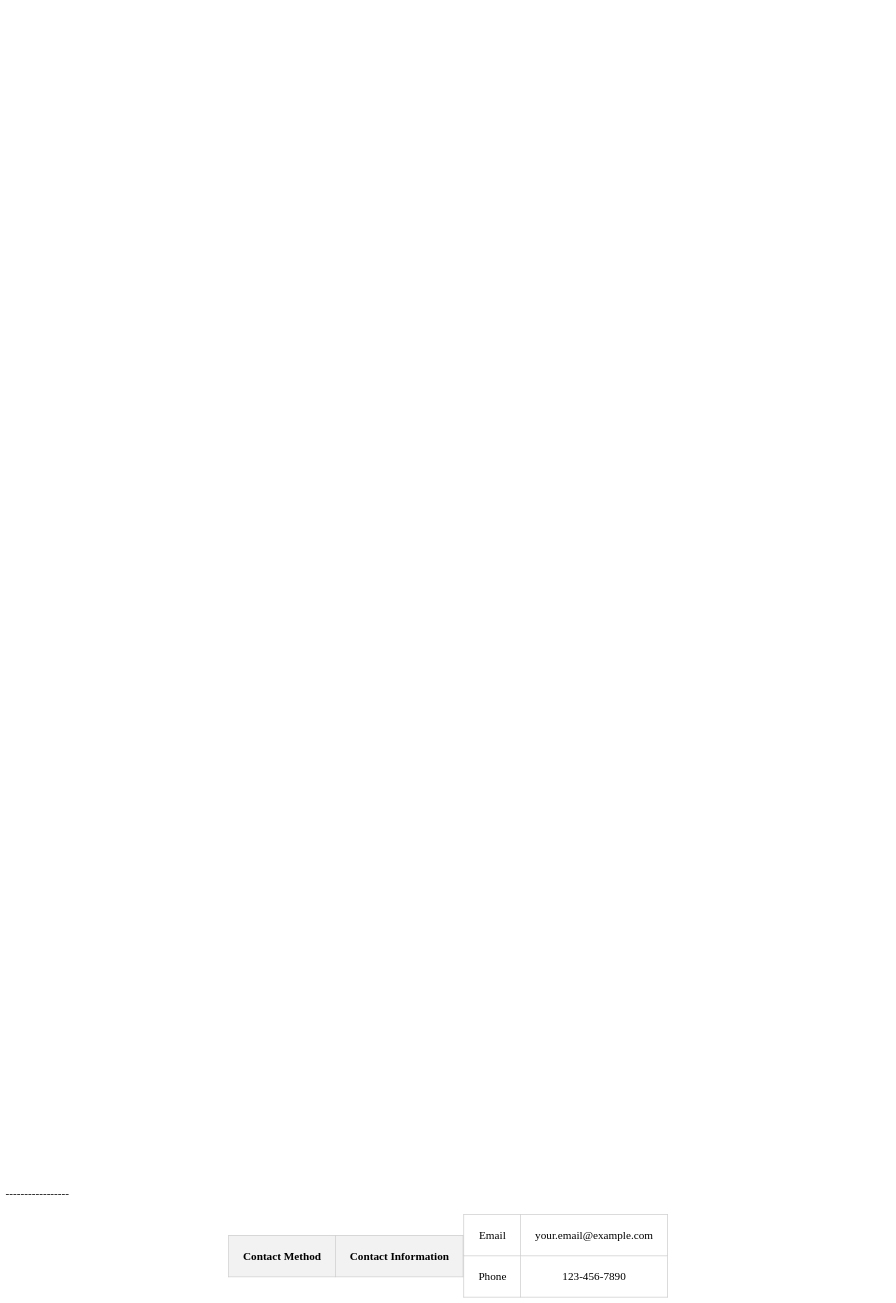
Repository: tianjiewang2022/tianjiewang2022.github.io
Page: index.html
An editor plug-in stored every save of this project. The page is shown before and after the next save, followed by the edit.
The browser window is 1280 px wide. The pictures show the part of the page from y = 832 to 2752 px (the page is 2693 px tall before and 2752 px after), at 70% of full size.

Above is the page before, as saved 2023-10-02 00:21:26.

### index.html
<!DOCTYPE html>
<html lang="en">

    <head>
        <meta charset="UTF-8">
        <meta name="viewport" content="width=device-width, initial-scale=1.0">
        <title>Sally's Webpage</title>
        <style>
            body {
                padding-top: 100px;
            }

            header {
                background-color: #3498db;
                /* Choose your header color */
                color: white;
                position: fixed;
                top: 0;
                height: 15%;
                left: 5%;
                right: 5%;
                display: flex;
                align-items: center;
                justify-content: center;
                z-index: 100;
                font-size: 40px;
            }

            .container {
                padding: 10px;
                display: flex;
                flex-wrap: wrap;
                justify-content: space-between;
                padding-left: 10%;
                padding-right: 10%;
            }

            .box {
                width: calc(33.33% - 20px);
                height: 100px;
                background-color: #ccc;
                /* Default background color */
                /* Add margin between boxes */
                background-color: #ccc;
                /* Default background color */
                text-align: center;
                display: flex;
                align-items: center;
                justify-content: center;
            }

            .blue {
                background-color: rgb(0, 255, 213);
            }

            .green {
                background-color: rgb(106, 255, 0);
            }

            .purple {
                background-color: rgb(225, 136, 247);
            }

            table {
                left: 5%;
                right: 5%;
                display: flex;
                align-items: center;
                justify-content: center;
                border-collapse: collapse;
                margin-top: 20px;
                left: 5%;
                right: 5%;
            }

            th,
            td {
                border: 1px solid #ccc;
                padding: 20px;
                text-align: center;
            }

            th {
                background-color: #f2f2f2;
            }
        </style>
    </head>

    <body>
        <header>
            Sally Wang
        </header>

        <div class="container" id="box-container"></div>

        <script>
            // Function to create a box element with the specified color
            function createBox(color) {
                const box = document.createElement("div");
                box.classList.add("box", color);
                return box;
            }

            // Get the container element
            const container = document.getElementById("box-container");

            // Create 100 rows of boxes
            for (let i = 0; i < 100; i++) {
                const row = document.createElement("span");
                row.classList.add("container");
                // Add three boxes to each row with different colors
                row.appendChild(createBox("blue"));
                row.appendChild(createBox("green"));
                row.appendChild(createBox("purple"));
                // Append the row to the main container
                container.appendChild(row);
            }
        </script>
    </body>
    <div>-----------------</div>
    <table>
        <thead>
            <tr>
                <th>Contact Method</th>
                <th>Contact Information</th>
            </tr>
        </thead>
        <tbody>
            <tr>
                <td>Email</td>
                <td>your.email@example.com</td>
            </tr>
            <tr>
                <td>Phone</td>
                <td>123-456-7890</td>
            </tr>
            <!-- Add more rows with contact information as needed -->
        </tbody>
    </table>

</html>

After the next save:
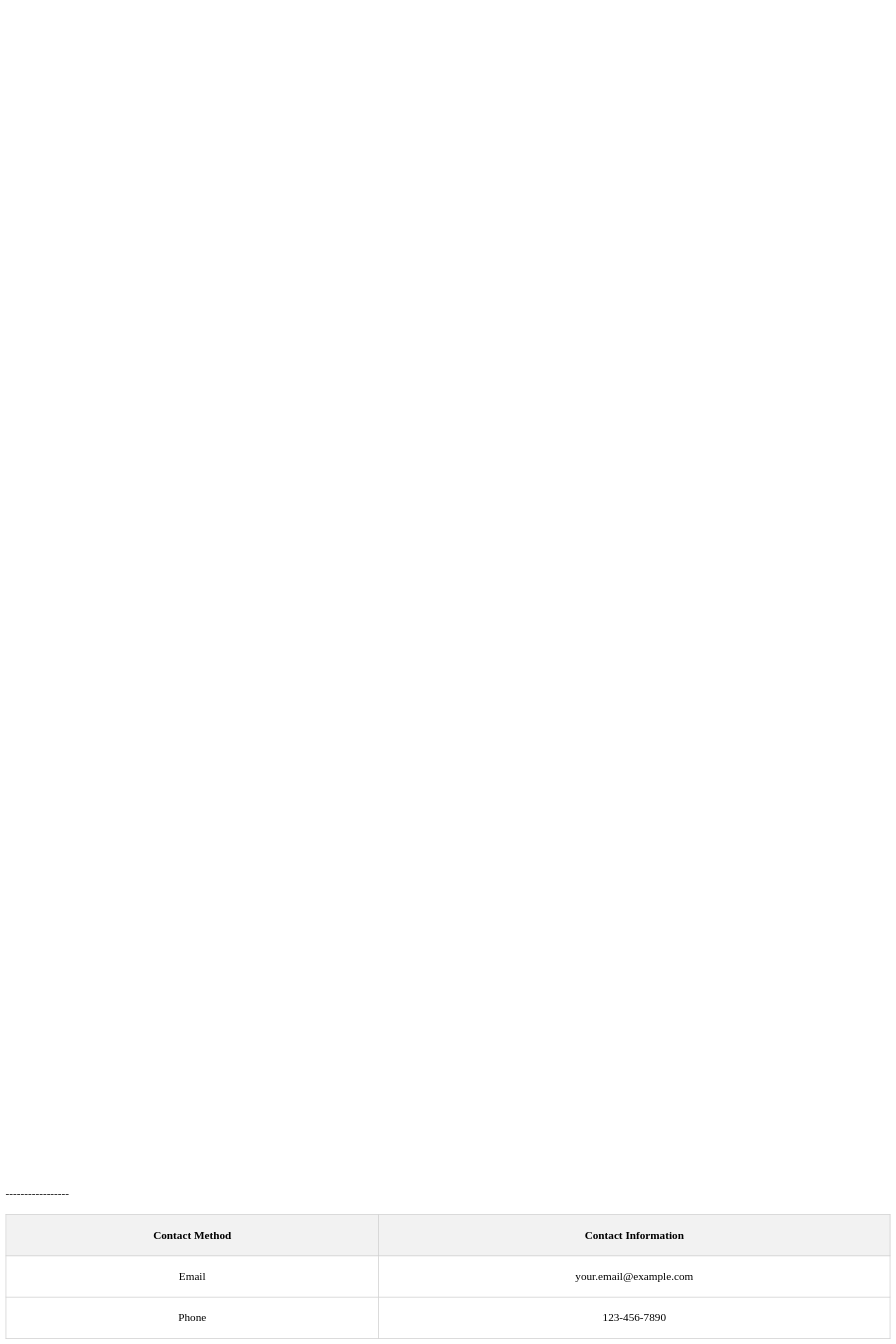
Saved 5 min 5 s later.
--- a/index.html
+++ b/index.html
@@ -62,15 +62,12 @@
             }
 
             table {
-                left: 5%;
-                right: 5%;
-                display: flex;
                 align-items: center;
+                width: 100%;
                 justify-content: center;
                 border-collapse: collapse;
                 margin-top: 20px;
-                left: 5%;
-                right: 5%;
+
             }
 
             th,
